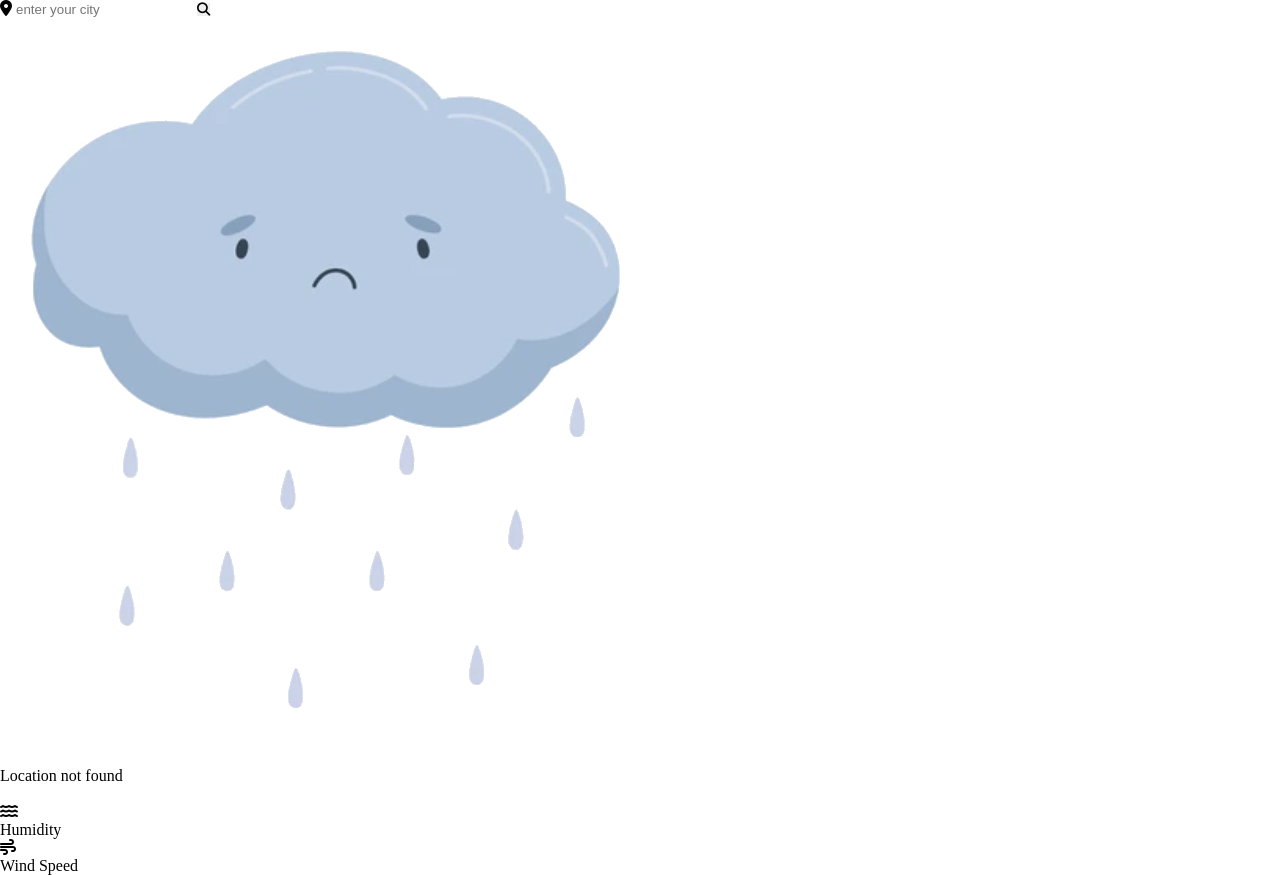
Repository: Pr1s0n3r627/weather
Page: index.html
These files come from the project's save history. The page is drawn as it stood at one moment and after the next save; the edit follows.
The browser window is 1280 px wide. The pictures show the whole page.
Some web libraries are served in a nearby version.

Above is the page before, as saved 2024-05-18 17:28:37.
Not found: index.js

### index.html
<!DOCTYPE html>
<html lang="en">
    <head>
        <meta charset="UTF-8">
        <meta name="viewport" content="width=device-width, initial-scale=1.0">

        <link
            href="https://fonts.googleapis.com/css2?family=Poppins:wght@300;400;500;600;700;800;900&family=Roboto:wght@300;400;500;700;900&display=swap"
            rel="stylesheet">
        <link rel="stylesheet" href="style.css">

        <title>Day 1 - weather app 🙏🙏</title>
    </head>
    <body>

        <div class="container">
            <div class="searchbox">
                <i class="fa-solid fa-location-dot"></i>
                <input type="text" placeholder = "enter your city">
                <button class = "fa-solid fa-magnifying-glass"></button>
            </div>
        </div>

        <div class="notfound">
            <img src="not-found.png">
            <p>Location not found</p>
        </div>

        <div class="weatherbox">
            <img src="">
            <p class="temperature"></p>
            <p class="description"></p>
        </div>

        <div class="weather-details">
            <div class="humidity">
                <i class="fa-solid fa-water"></i>
                <span></span>
                <p>Humidity</p>
            </div>
            <div class="wind">
                <i class="fa-solid fa-wind"></i>
                <span></span>
                <p>Wind Speed</p>
            </div>
        </div>

        <script src="https://kit.fontawesome.com/7c8801c017.js" crossorigin="anonymous"></script>
        <script src="index.js"></script>
    </body>
</html>

### style.css
*{
    margin: 0;
    padding: 0;
    border: 0;
    outline: none;
    box-sizing: border-box;
}

After the next save:
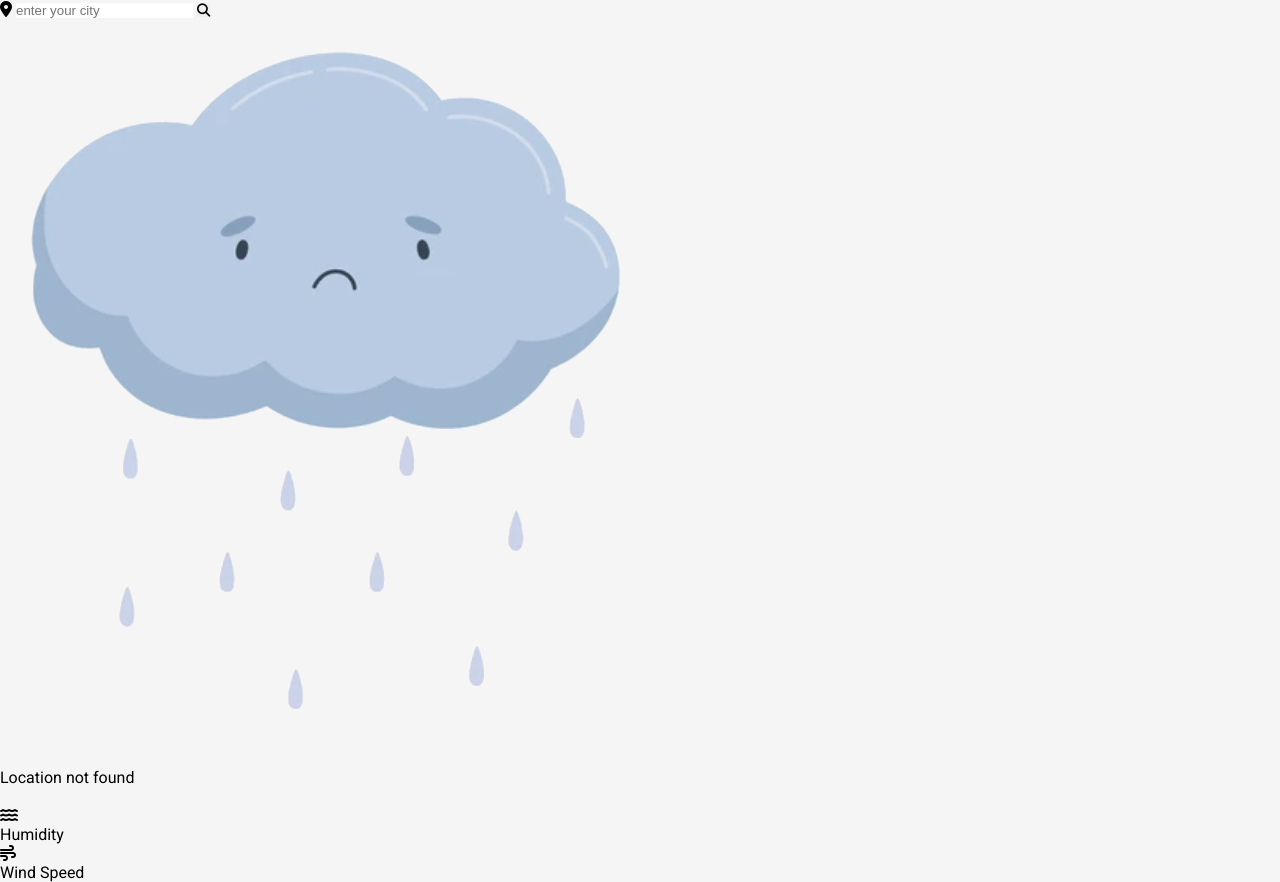
Saved 14 s later.
--- a/style.css
+++ b/style.css
@@ -5,3 +5,8 @@
     outline: none;
     box-sizing: border-box;
 }
+
+body{
+    font-family: 'Roboto', sans-serif;
+    background-color: #f5f5f5;
+}
